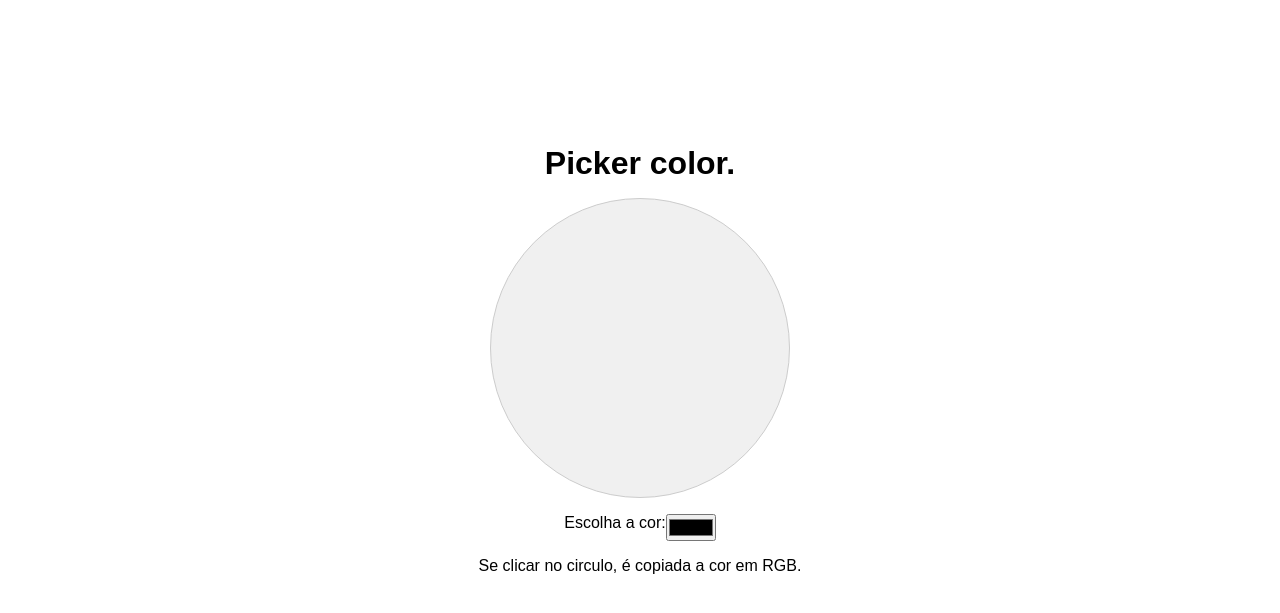
Repository: CarlosEduardoVdeOliveira/100_dias_de_codigo
Page: Dia 11/index.html
These files come from the project's save history. The page is drawn as it stood at one moment and after a run of saves; the edit follows.
The browser window is 1280 px wide. The pictures show the whole page.
Some web fonts or font styles are not loaded; a fallback is used.

Above is the page before, as saved 2024-09-13 14:31:51.

After the next 2 saves:
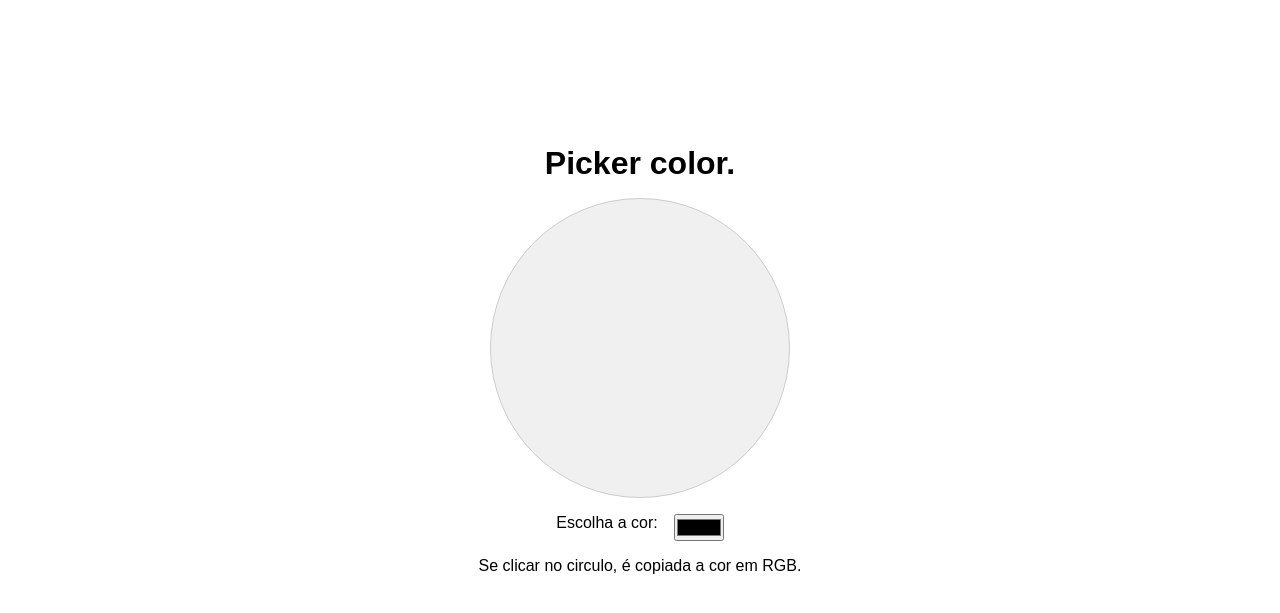
The 2 saves are shown as one change because they came seconds apart.
The last was saved 5 s later.
--- a/Dia 11/style.css
+++ b/Dia 11/style.css
@@ -26,5 +26,5 @@ main{
 }
 .group-input{
   display: flex;
-
+  gap: 16px;
 }
